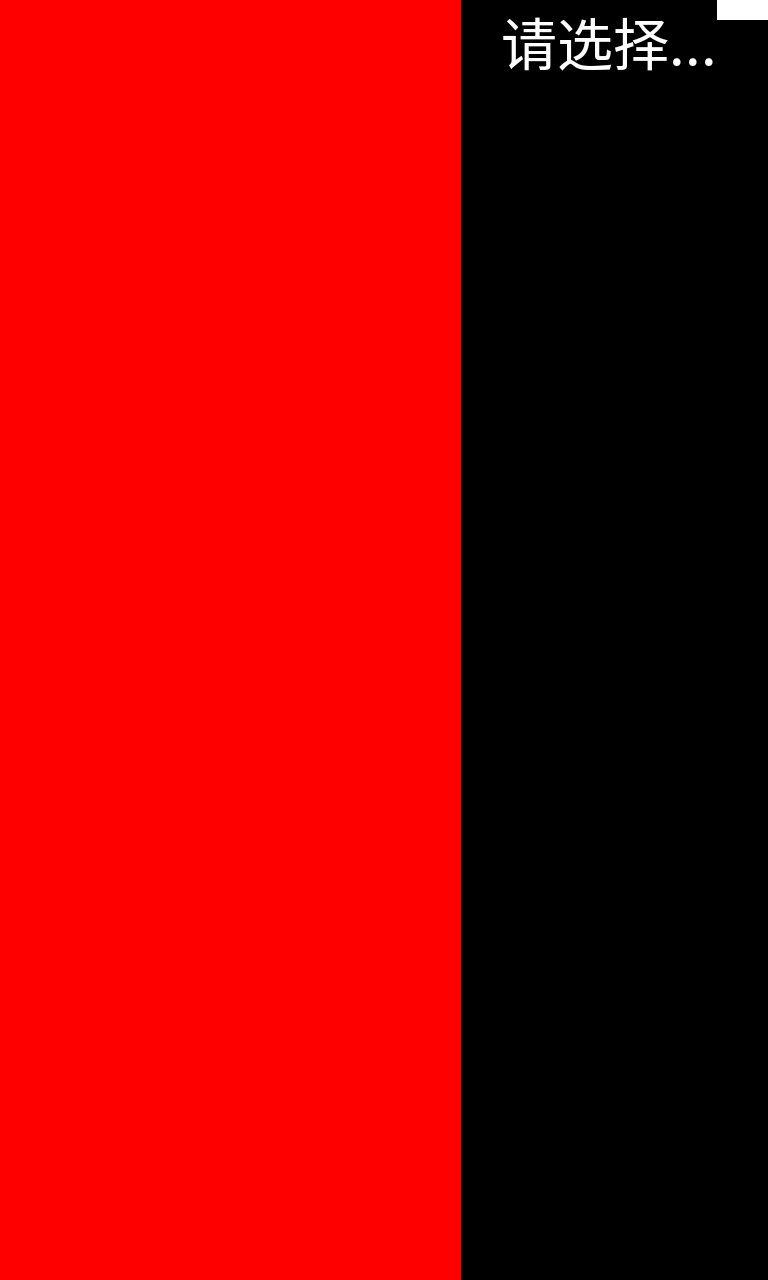
Repository: hhxiaojQCS/QCS_ListView
Layout: QCS/res/layout/activity_filter.xml
The author's editor kept a copy of each file at every save. The layout is drawn from the files as they stood at one save, then again after the next save.
It is drawn on a 768 x 1280 px phone screen (xhdpi) without system bars, with theme AppTheme; the app's code is not run. Lists and similar views that code fills are empty.

Above is the layout before, as saved 2013-08-07 08:05:06.

After the next save:
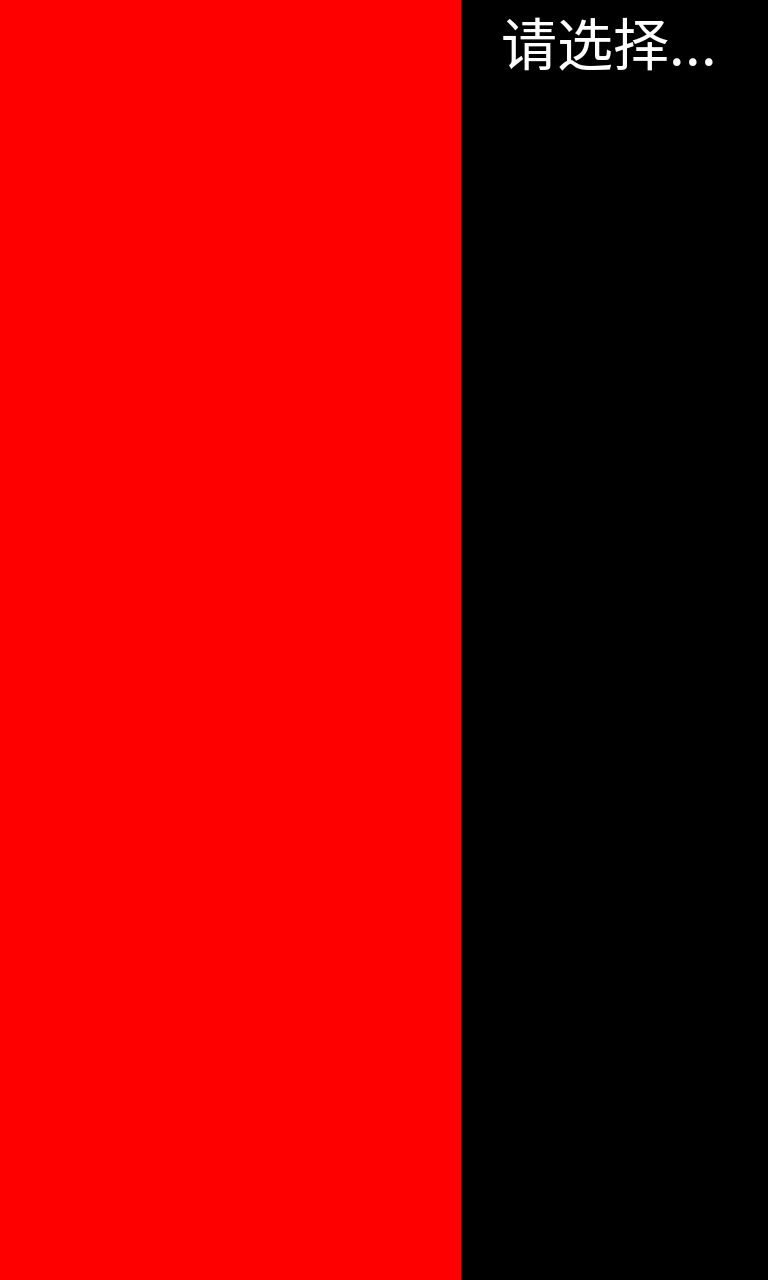
Saved 17 s later.
--- a/QCS/res/layout/activity_filter.xml
+++ b/QCS/res/layout/activity_filter.xml
@@ -38,10 +38,7 @@
                 android:textColor="#FFFFFF"
                 android:textSize="28sp" />
 
-            <View
-                android:layout_width="match_parent"
-                android:layout_height="10dp"
-                android:background="#FFFFFF" />
+
         </LinearLayout>
 
         <ListView

After the save that followed:
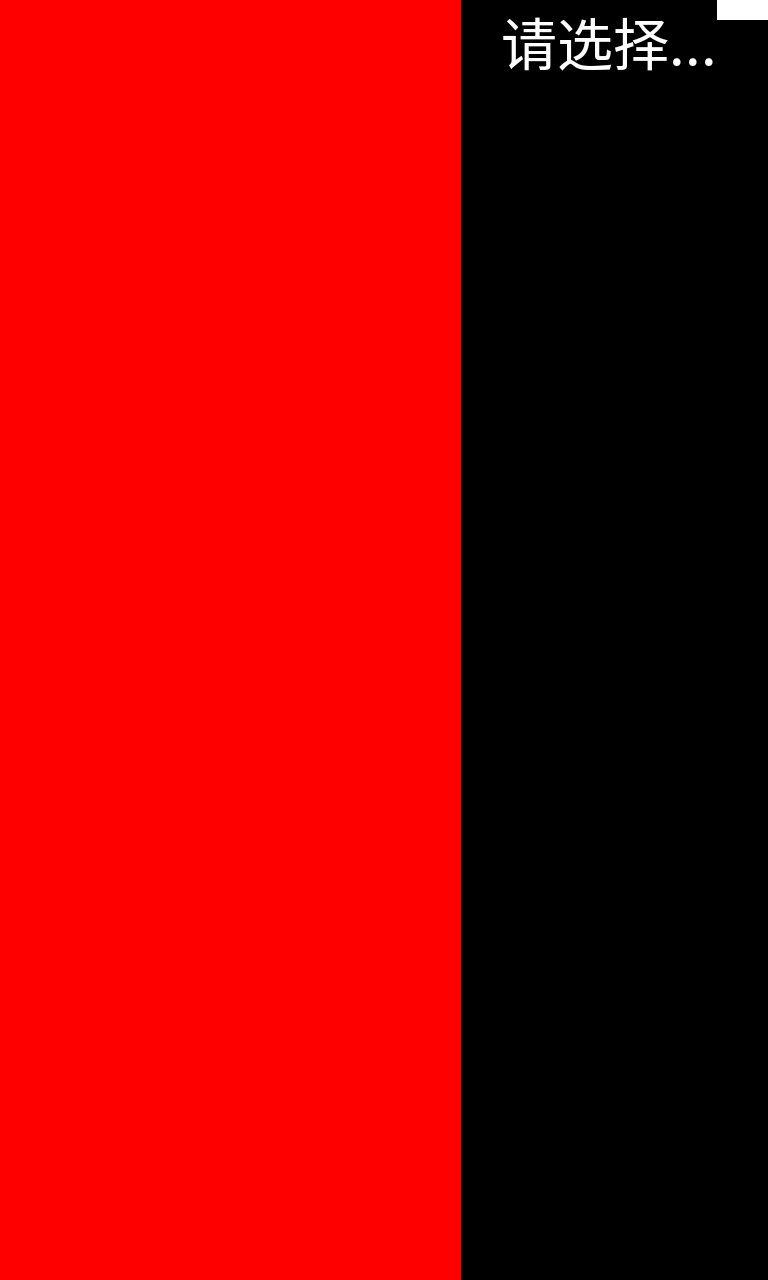
Saved 50 s later.
--- a/QCS/res/layout/activity_filter.xml
+++ b/QCS/res/layout/activity_filter.xml
@@ -38,7 +38,10 @@
                 android:textColor="#FFFFFF"
                 android:textSize="28sp" />
 
-
+            <View
+                android:layout_width="match_parent"
+                android:layout_height="10dp"
+                android:background="#FFFFFF" />
         </LinearLayout>
 
         <ListView
